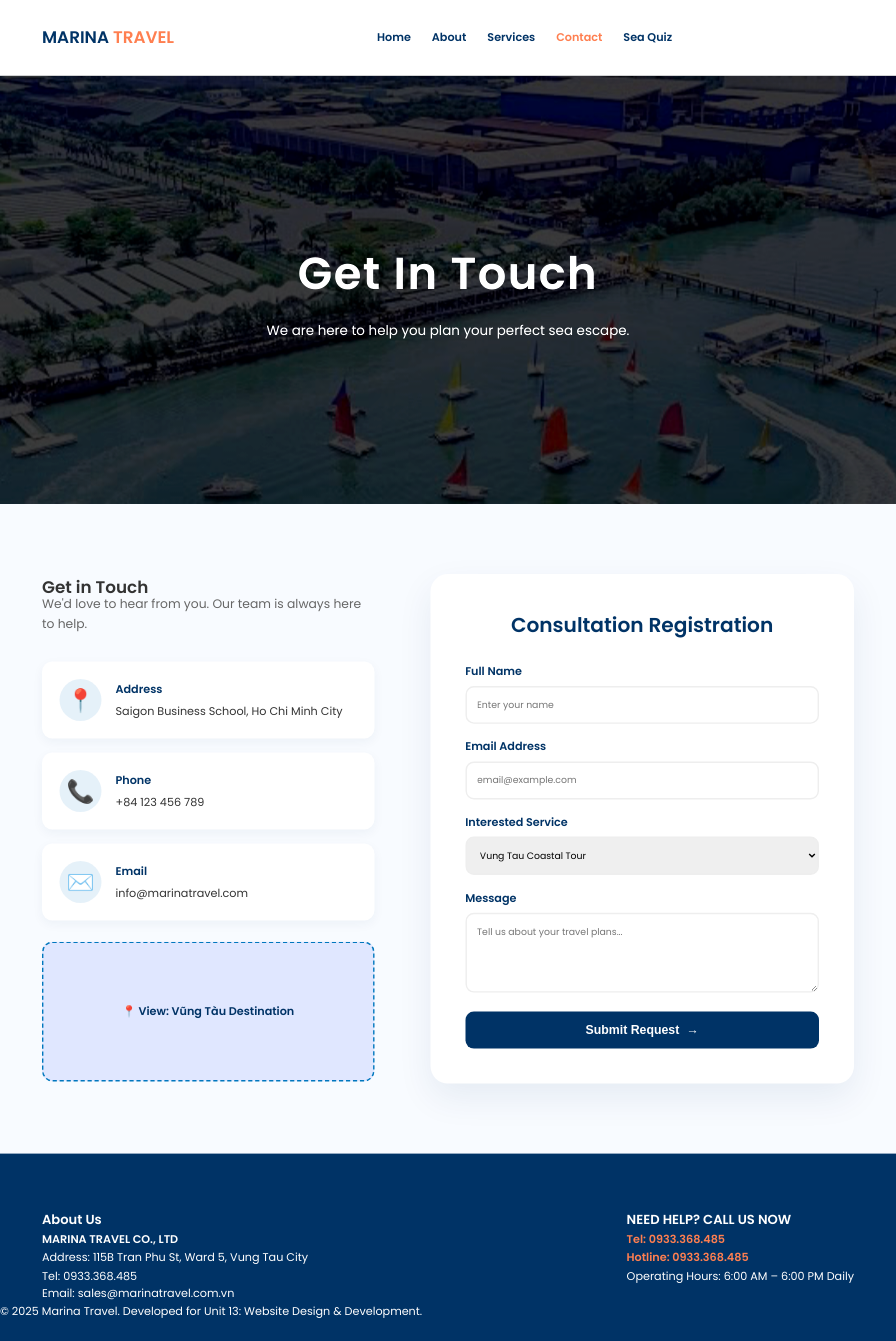
Repository: phatlam0058-commits/WebDD
Page: html/contact.html
These files come from the project's save history. The page is drawn as it stood at one moment and after the next save; the edit follows.
The browser window is 1280 px wide. The pictures show the whole page, at 70% of full size.

Above is the page before, as saved 2026-01-28 14:12:04.

After the next save:
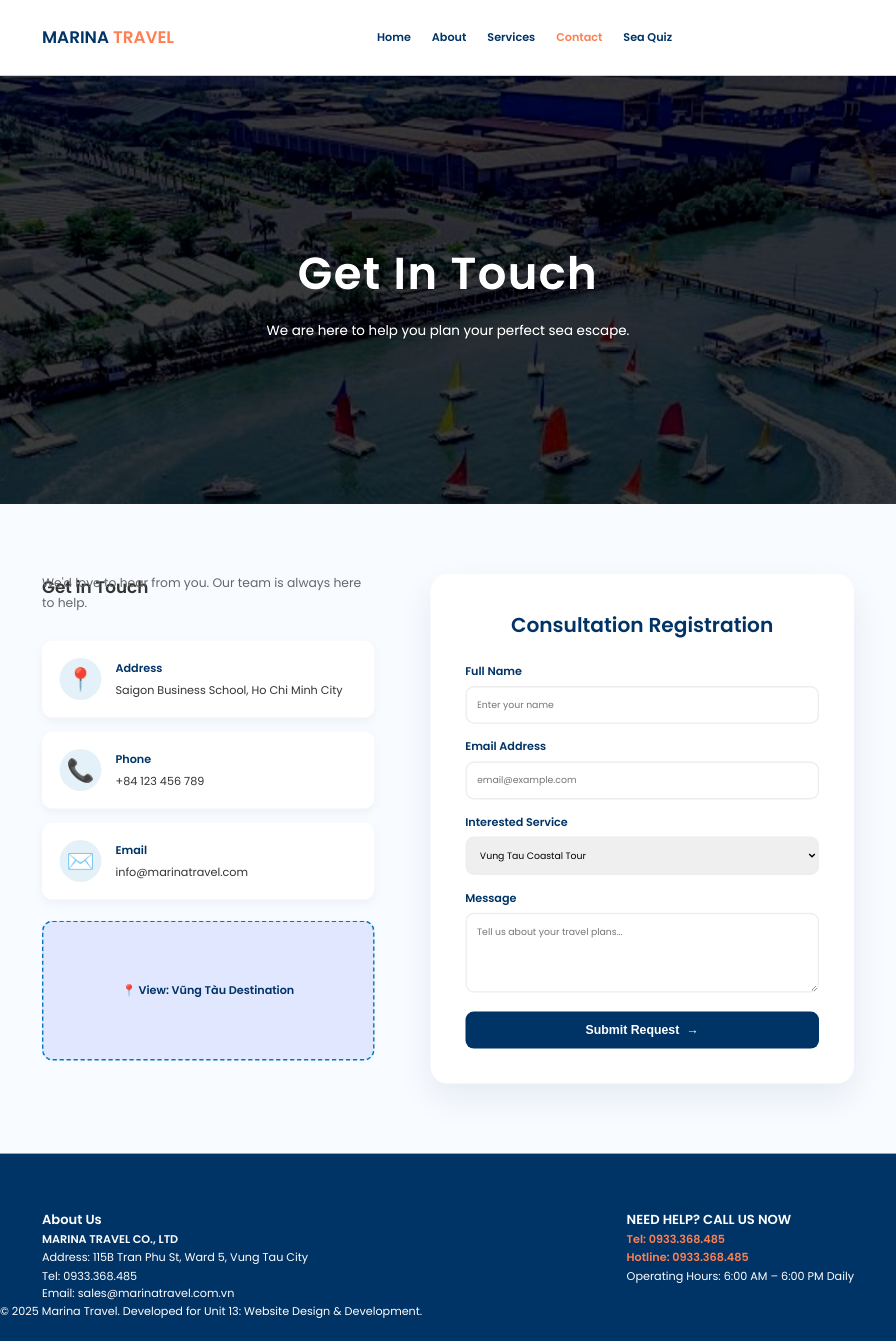
Saved 51 s later.
--- a/css/style.css
+++ b/css/style.css
@@ -565,7 +565,7 @@ footer {
 
 .contact-info-card .subtitle {
     margin: -40px 0 40px 0; /* Căn chỉnh lại khoảng cách dưới title */
-    padding-top: 30px;
+    mảgin-top: 30px;
     color: #666;
     font-size: 1.1rem;
 }
